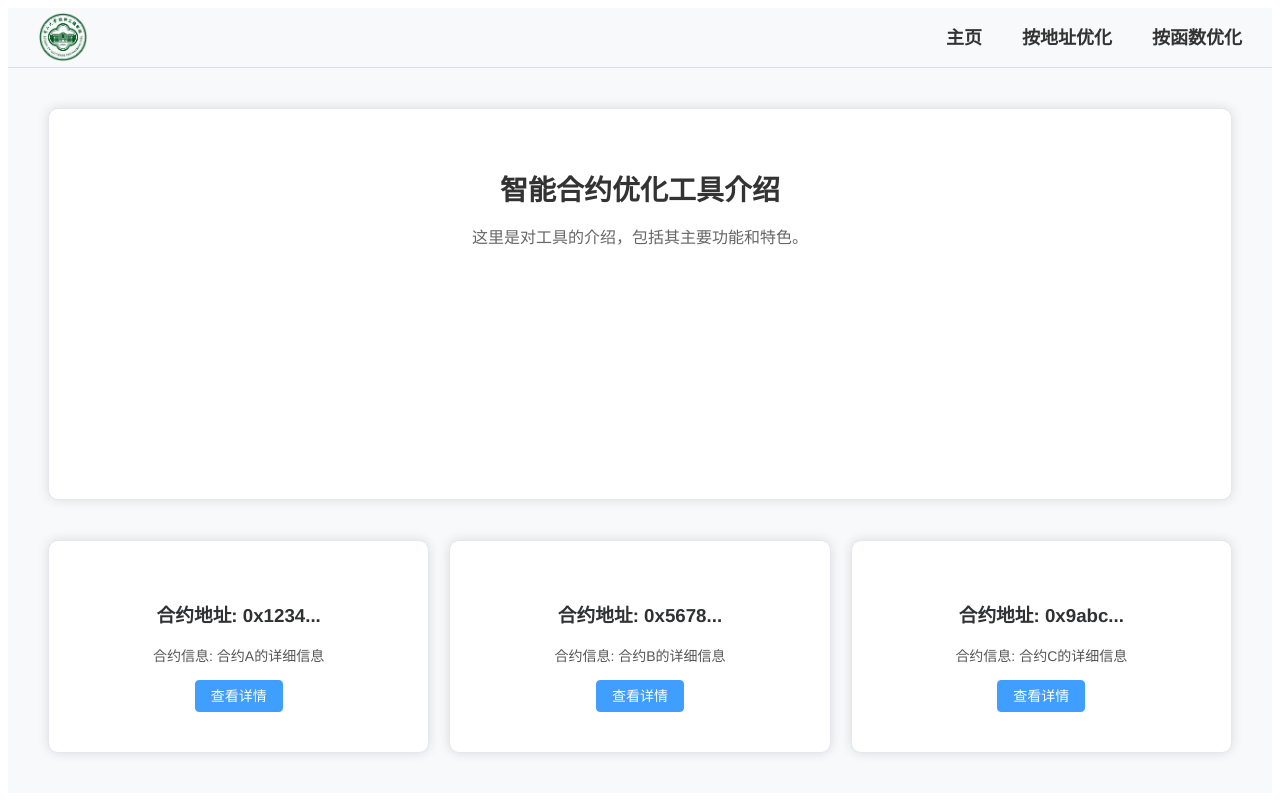
Repository: syckcoding/SmartHalo
Page: /
These files come from the project's save history. The page is drawn as it stood at one moment and after the next save; the edit follows.
The browser window is 1280 px wide. The pictures show the whole page.
The project was rebuilt for these pictures with package versions that can differ from the ones it lists, and the page was loaded fresh each time. Also part of the build but not shown: vite.config.js, src/views/Detail.vue.

Above is the page before, as saved 2024-10-05 11:35:29.

### src/main.js
import { createApp } from 'vue';
import App from './App.vue';
import router from './router';
import ElementPlus from 'element-plus';
import 'element-plus/dist/index.css';

createApp(App).use(router).use(ElementPlus).mount('#app');

### src/App.vue
<template>
  <div id="app">
    <Navbar />
    <router-view />
  </div>
</template>

<script>
import Navbar from './components/Navbar.vue';

export default {
  components: {
    Navbar,
  },
};
</script>

<style>
/* 样式设置 */
#app {
  font-family: Avenir, Helvetica, Arial, sans-serif;
  text-align: center;
  color: #2c3e50;
}
</style>

### src/router/index.js
import { createRouter, createWebHistory } from 'vue-router';
import Home from '../views/Home.vue';
import Detail from '../views/Detail.vue';

const routes = [
  { path: '/', name: 'Home', component: Home },
  { path: '/detail/:id', name: 'Detail', component: Detail, props: true },
];

const router = createRouter({
  history: createWebHistory(process.env.BASE_URL),
  routes,
});

export default router;

### src/components/Navbar.vue
<template>
  <el-menu :default-active="activeIndex" class="el-menu-demo" mode="horizontal">
    <el-menu-item index="0" class="logo-item">
      <img src="@/assets/intro-image.png" alt="工具LOGO" class="intro-logo" />
    </el-menu-item>
    <div class="menu-right">
      <el-menu-item index="1" @click="goToHome">主页</el-menu-item>
      <el-menu-item index="2" @click="goToAddressOptimization">按地址优化</el-menu-item>
      <el-menu-item index="3" @click="goToFunctionOptimization">按函数优化</el-menu-item>
    </div>
  </el-menu>
</template>

<script>
export default {
  data() {
    return {
      activeIndex: '1',
    };
  },
  methods: {
    goToHome() {
      this.$router.push({ name: 'Home' });
    },
    goToAddressOptimization() {
      this.$router.push({ name: 'Detail', params: { mode: 'address' } });
    },
    goToFunctionOptimization() {
      this.$router.push({ name: 'Detail', params: { mode: 'function' } });
    },
  },
};
</script>

<style scoped>
.el-menu-demo {
  background-color: #f8f9fa;  /* 浅灰色背景，与主页阴影一致 */
  color: #333;
  padding: 10px;
  display: flex;  /* 使用Flex布局 */
  align-items: center;
  justify-content: space-between; /* 主轴两端对齐，使左侧logo与右侧菜单分别靠边 */
}

.logo-item {
  pointer-events: none;
}

.intro-logo {
  width: 50px;
  height: 50px;
  margin-right: 20px;
}

.el-menu-demo .el-menu-item {
  color: #333;
  font-size: 18px;
  font-weight: bold;
  padding: 0 20px;
  transition: color 0.3s ease;
}

.menu-right {
  display: flex;
}
</style>

### src/views/Home.vue
<template>
    <div>
      <HomePage />
    </div>
  </template>

  <script>
  import HomePage from '../components/HomePage.vue';

  export default {
    components: {
      HomePage,
    },
  };
  </script>

  <style scoped>
  /* 可根据需要添加样式 */
  </style>

### src/components/HomePage.vue
<template>
  <div class="home">
    <el-row :gutter="20" class="intro-section">
      <el-col :span="24">
        <el-card class="intro-card">
          <h1 class="intro-title">智能合约优化工具介绍</h1>
          <p class="intro-description">这里是对工具的介绍，包括其主要功能和特色。</p>
        </el-card>
      </el-col>
    </el-row>

    <el-row :gutter="20" class="contracts">
      <el-col :span="8" v-for="contract in contracts" :key="contract.id">
        <el-card class="box-card">
          <div class="card-header">
            <h3>合约地址: {{ contract.address }}</h3>
          </div>
          <div class="card-content">
            <p>合约信息: {{ contract.info }}</p>
          </div>
          <div class="card-actions center-button">
            <el-button type="primary" @click="viewDetails(contract.id)">查看详情</el-button>
          </div>
        </el-card>
      </el-col>
    </el-row>
  </div>
</template>

<script>
export default {
  data() {
    return {
      contracts: [
        { id: 1, address: '0x1234...', info: '合约A的详细信息' },
        { id: 2, address: '0x5678...', info: '合约B的详细信息' },
        { id: 3, address: '0x9abc...', info: '合约C的详细信息' },
      ],
    };
  },
  methods: {
    viewDetails(contractId) {
      this.$router.push({ name: 'Detail', params: { id: contractId } });
    },
  },
};
</script>

<style scoped>
.home {
  padding: 40px;
  background-color: #f8f9fa;
}
.intro-section {
  margin-bottom: 40px;
}
.intro-card {
  padding: 20px;
  min-height: 350px;
  background-color: #ffffff;
  border-radius: 10px;
  box-shadow: 0 4px 8px rgba(0, 0, 0, 0.1);
}
.intro-title {
  font-size: 28px;
  font-weight: bold;
  color: #333;
  margin-bottom: 10px;
}
.intro-description {
  font-size: 16px;
  color: #666;
}
.contracts {
  margin-top: 20px;
}
.box-card {
  padding: 20px;
  background-color: #ffffff;
  border-radius: 10px;
  box-shadow: 0 4px 8px rgba(0, 0, 0, 0.1);
  transition: transform 0.3s ease;
}
.box-card:hover {
  transform: translateY(-5px);
}
.card-header {
  margin-bottom: 10px;
}
.card-content {
  font-size: 14px;
  color: #555;
  margin-bottom: 15px;
}
.card-actions {
  text-align: center;
  display: flex;
  justify-content: center;
  align-items: center;
}
.center-button {
  margin-top: 15px;
}
.el-button {
  background-color: #409eff;
  border-color: #409eff;
  color: #ffffff;
}
.el-button:hover {
  background-color: #66b1ff;
  border-color: #66b1ff;
}
</style>

Loaded but not shown: index.html (common file)

After the next save:
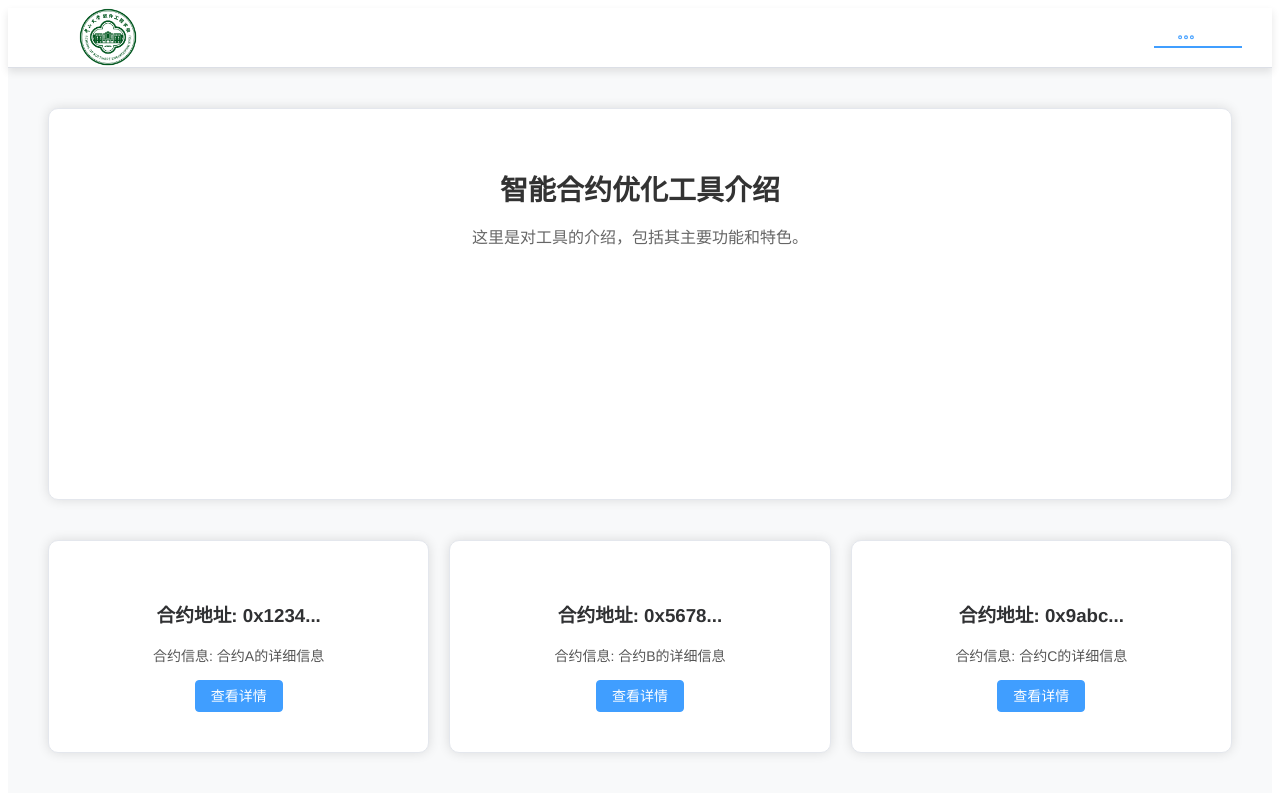
Saved 7 s later.
--- a/src/components/Navbar.vue
+++ b/src/components/Navbar.vue
@@ -1,4 +1,4 @@
-<template>
+<!-- <template>
   <el-menu :default-active="activeIndex" class="el-menu-demo" mode="horizontal">
     <el-menu-item index="0" class="logo-item">
       <img src="@/assets/intro-image.png" alt="工具LOGO" class="intro-logo" />
@@ -63,4 +63,86 @@
 .menu-right {
   display: flex;
 }
+</style> -->
+
+
+
+<template>
+  <el-menu :default-active="activeIndex" class="el-menu-demo" mode="horizontal">
+    <el-menu-item index="0" class="logo-item">
+      <img src="@/assets/intro-image.png" alt="工具LOGO" class="intro-logo" />
+    </el-menu-item>
+    <div class="menu-right">
+      <el-menu-item index="1" @click="goToHome" class="menu-item">主页</el-menu-item>
+      <el-menu-item index="2" @click="goToAddressOptimization" class="menu-item">按地址优化</el-menu-item>
+      <el-menu-item index="3" @click="goToFunctionOptimization" class="menu-item">按函数优化</el-menu-item>
+    </div>
+  </el-menu>
+</template>
+
+<script>
+export default {
+  data() {
+    return {
+      activeIndex: '1',
+    };
+  },
+  methods: {
+    goToHome() {
+      this.$router.push({ name: 'Home' });
+    },
+    goToAddressOptimization() {
+      this.$router.push({ name: 'Detail', params: { mode: 'address' } });
+    },
+    goToFunctionOptimization() {
+      this.$router.push({ name: 'Detail', params: { mode: 'function' } });
+    },
+  },
+};
+</script>
+
+<style scoped>
+.el-menu-demo {
+  background-color: #ffffff; /* 白色背景，显得干净整洁 */
+  color: #333;
+  padding: 15px 30px; /* 增加上下和左右的内边距，使导航栏更饱满 */
+  display: flex;
+  align-items: center;
+  box-shadow: 0 4px 8px rgba(0, 0, 0, 0.1); /* 增加更明显的阴影，增强立体感 */
+  border-bottom: 3px solid #2196f3; /* 更宽的底部蓝色线条，增加层次感 */
+  justify-content: space-between;
+}
+
+.logo-item {
+  pointer-events: none;
+  position: relative;
+  left: 20px;
+  z-index: 10;
+}
+
+.intro-logo {
+  width: 60px;
+  height: 60px;
+  margin-right: 25px; /* 加大右边距，使Logo和菜单保持适当距离 */
+}
+
+.menu-item {
+  color: #333;
+  font-size: 18px;
+  font-weight: 600; /* 更适中的粗体效果 */
+  padding: 0 25px;
+  transition: color 0.3s ease, background-color 0.3s ease; /* 增加背景颜色的过渡效果 */
+  border-radius: 5px; /* 增加圆角，显得更现代化 */
+}
+
+.menu-item:hover {
+  color: #ffffff; /* 悬停时改变字体颜色为白色 */
+  background-color: #2196f3; /* 悬停时背景变为蓝色，增强交互感 */
+}
+
+.menu-right {
+  display: flex;
+  gap: 40px; /* 增加菜单项之间的间距，使排版更宽松 */
+  margin-left: auto;
+}
 </style>

After the save that followed:
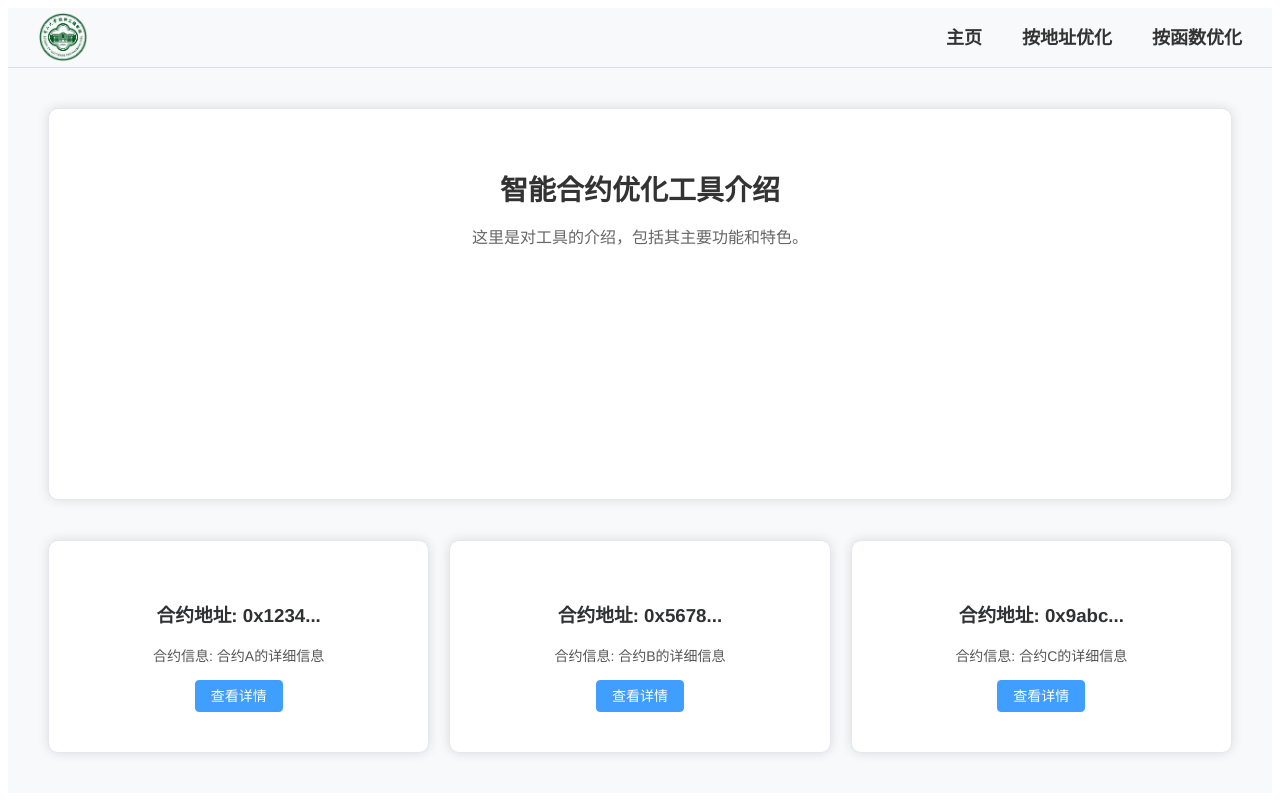
Saved 15 s later.
--- a/src/components/Navbar.vue
+++ b/src/components/Navbar.vue
@@ -1,4 +1,4 @@
-<!-- <template>
+<template>
   <el-menu :default-active="activeIndex" class="el-menu-demo" mode="horizontal">
     <el-menu-item index="0" class="logo-item">
       <img src="@/assets/intro-image.png" alt="工具LOGO" class="intro-logo" />
@@ -63,86 +63,5 @@
 .menu-right {
   display: flex;
 }
-</style> -->
-
-
-
-<template>
-  <el-menu :default-active="activeIndex" class="el-menu-demo" mode="horizontal">
-    <el-menu-item index="0" class="logo-item">
-      <img src="@/assets/intro-image.png" alt="工具LOGO" class="intro-logo" />
-    </el-menu-item>
-    <div class="menu-right">
-      <el-menu-item index="1" @click="goToHome" class="menu-item">主页</el-menu-item>
-      <el-menu-item index="2" @click="goToAddressOptimization" class="menu-item">按地址优化</el-menu-item>
-      <el-menu-item index="3" @click="goToFunctionOptimization" class="menu-item">按函数优化</el-menu-item>
-    </div>
-  </el-menu>
-</template>
-
-<script>
-export default {
-  data() {
-    return {
-      activeIndex: '1',
-    };
-  },
-  methods: {
-    goToHome() {
-      this.$router.push({ name: 'Home' });
-    },
-    goToAddressOptimization() {
-      this.$router.push({ name: 'Detail', params: { mode: 'address' } });
-    },
-    goToFunctionOptimization() {
-      this.$router.push({ name: 'Detail', params: { mode: 'function' } });
-    },
-  },
-};
-</script>
-
-<style scoped>
-.el-menu-demo {
-  background-color: #ffffff; /* 白色背景，显得干净整洁 */
-  color: #333;
-  padding: 15px 30px; /* 增加上下和左右的内边距，使导航栏更饱满 */
-  display: flex;
-  align-items: center;
-  box-shadow: 0 4px 8px rgba(0, 0, 0, 0.1); /* 增加更明显的阴影，增强立体感 */
-  border-bottom: 3px solid #2196f3; /* 更宽的底部蓝色线条，增加层次感 */
-  justify-content: space-between;
-}
-
-.logo-item {
-  pointer-events: none;
-  position: relative;
-  left: 20px;
-  z-index: 10;
-}
-
-.intro-logo {
-  width: 60px;
-  height: 60px;
-  margin-right: 25px; /* 加大右边距，使Logo和菜单保持适当距离 */
-}
-
-.menu-item {
-  color: #333;
-  font-size: 18px;
-  font-weight: 600; /* 更适中的粗体效果 */
-  padding: 0 25px;
-  transition: color 0.3s ease, background-color 0.3s ease; /* 增加背景颜色的过渡效果 */
-  border-radius: 5px; /* 增加圆角，显得更现代化 */
-}
-
-.menu-item:hover {
-  color: #ffffff; /* 悬停时改变字体颜色为白色 */
-  background-color: #2196f3; /* 悬停时背景变为蓝色，增强交互感 */
-}
-
-.menu-right {
-  display: flex;
-  gap: 40px; /* 增加菜单项之间的间距，使排版更宽松 */
-  margin-left: auto;
-}
 </style>
+\
